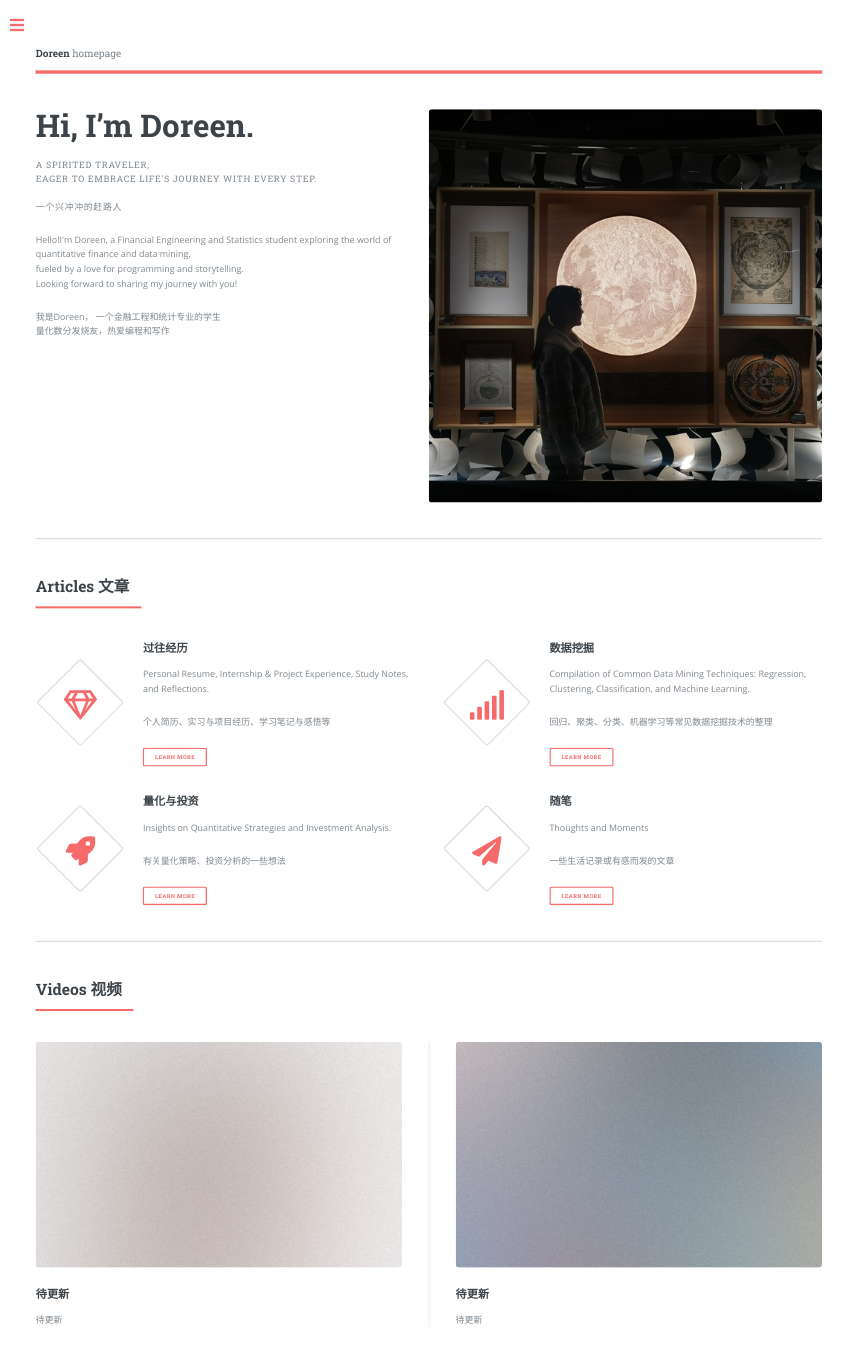
Repository: Hpz3859/Hpz3859.github.io
Page: index.html
These files come from the project's save history. The page is drawn as it stood at one moment and after the next save; the edit follows.
The browser window is 1280 px wide. The pictures show the whole page, at 67% of full size.

Above is the page before, as saved 2025-04-01 15:50:52.

### index.html
<!DOCTYPE HTML>
<!--
	Editorial by HTML5 UP
	html5up.net | @ajlkn
	Free for personal and commercial use under the CCA 3.0 license (html5up.net/license)
-->
<html>
	<head>
		<title>Doreen</title>
		<meta charset="utf-8" />
		<meta name="viewport" content="width=device-width, initial-scale=1, user-scalable=no" />
		<link rel="stylesheet" href="./assets/css/main.css" />
	</head>
	<body class="is-preload">

		<!-- Wrapper -->
			<div id="wrapper">

				<!-- Main -->
					<div id="main">
						<div class="inner">

							<!-- Header -->
								<header id="header">
									<a href="./index.html" class="logo"><strong>Doreen  </strong>homepage</a>
									<!--
									<ul class="icons">
										<li><a href="#" class="icon brands fa-twitter"><span class="label">Twitter</span></a></li>
										<li><a href="#" class="icon brands fa-facebook-f"><span class="label">Facebook</span></a></li>
										<li><a href="#" class="icon brands fa-snapchat-ghost"><span class="label">Snapchat</span></a></li>
										<li><a href="#" class="icon brands fa-instagram"><span class="label">Instagram</span></a></li>
										<li><a href="#" class="icon brands fa-medium-m"><span class="label">Medium</span></a></li>
									</ul>
									-->
								</header>

							<!-- Banner -->
								<section id="banner">
									<div class="content">
										<header>
											<h1>Hi, I’m Doreen.</h1>
											<p>A spirited traveler, <br>
												eager to embrace life's journey with every step.</p>
											<p> 一个兴冲冲的赶路人</p>
										</header>
										<p>Hello!I'm Doreen, a Financial Engineering and Statistics student exploring the world of quantitative finance and data mining,
											<br>
											fueled by a love for programming and storytelling.
											<br>
											Looking forward to sharing my journey with you!</p>
										<p> 我是Doreen， 一个金融工程和统计专业的学生
											<br>
											量化数分发烧友，热爱编程和写作</p>
										<!--
										<ul class="actions">
											<li><a href="#" class="button big">Learn More</a></li>
										</ul>
										-->
									</div>
									<span class="image object">
										<img src="./images/git_main_1.png" alt="" />
									</span>
								</section>

							<!-- Section -->
								<section>
									<header class="major">
										<h2>Articles 文章</h2>
									</header>
									<div class="features">
										<article>
											<span class="icon fa-gem"></span>
											<div class="content">
												<h3>过往经历</h3>
												<p>Personal Resume, Internship & Project Experience, Study Notes, and Reflections.</p>
												<p>个人简历、实习与项目经历、学习笔记与感悟等</p>
												<ul class="actions">
													<li><a href="experience.html" class="button small">Learn More</a></li>
												</ul>
											</div>
										</article>
										<article>
											<span class="icon solid fa-signal"></span>
											<div class="content">
												<h3>数据挖掘</h3>
												<p>Compilation of Common Data Mining Techniques: Regression, Clustering, Classification, and Machine Learning.</p>
												<p>回归、聚类、分类、机器学习等常见数据挖掘技术的整理</p>
												<ul class="actions">
													<li><a href="#" class="button small">Learn More</a></li>
												</ul>
											</div>
										</article>
										<article>
											<span class="icon solid fa-rocket"></span>
											<div class="content">
												<h3>量化与投资</h3>
												<p>Insights on Quantitative Strategies and Investment Analysis.</p>
												<p>有关量化策略、投资分析的一些想法</p>
												<ul class="actions">
													<li><a href="#" class="button small">Learn More</a></li>
												</ul>
											</div>
										</article>
										<article>
											<span class="icon solid fa-paper-plane"></span>
											<div class="content">
												<h3>随笔</h3>
												<p>Thoughts and Moments</p>
												<p>一些生活记录或有感而发的文章</p>
												<ul class="actions">
													<li><a href="moments.html" class="button small">Learn More</a></li>
												</ul>
											</div>
										</article>

									</div>
								</section>

							<!-- Section -->
								<section>
									<header class="major">
										<h2>Videos 视频</h2>
									</header>
									<div class="posts">
										<article>
											<a href="#" class="image"><img src="./images/pic01.jpg" alt="" /></a>
											<h3><a href="#" class="">待更新</a></h3>
											<p>待更新</p>
										</article>
										<article>
											<a href="#" class="image"><img src="./images/pic02.jpg" alt="" /></a>
											<h3><a href="#" class="">待更新</a></h3>
											<p>待更新</p>
										</article>
									</div>
								</section>

						</div>
					</div>

				<!-- Sidebar -->
					<div id="sidebar">
						<div class="inner">

							<!-- Search -->
								<section id="search" class="alt">
									<form method="post" action="#">
										<input type="text" name="query" id="query" placeholder="Search" />
									</form>
								</section>

							<!-- Menu -->
								<nav id="menu">
									<header class="major">
										<h2>目录</h2>
									</header>
									<ul>
										<li><a href="./index.html">主页</a></li>
										<li>
											<span class="opener">文章</span>
											<ul>
												<li><a href="experience.html">过往经历</a></li>
												<li><a href="#">数据挖掘</a></li>
												<li><a href="#">量化与投资</a></li>
												<li><a href="moments.html">随笔</a></li>
											</ul>
										</li>
										<li>
											<span class="opener">视频</span>
											<ul>
												<li><a href="#">待更新</a></li>
												<li><a href="#">待更新</a></li>
											</ul>
										</li>

									</ul>
								</nav>

							<!-- Section -->
							<!--
								<section>
									<header class="major">
										<h2>Ante interdum</h2>
									</header>
									<div class="mini-posts">
										<article>
											<a href="#" class="image"><img src="images/pic07.jpg" alt="" /></a>
											<p>Aenean ornare velit lacus, ac varius enim lorem ullamcorper dolore aliquam.</p>
										</article>
										<article>
											<a href="#" class="image"><img src="images/pic08.jpg" alt="" /></a>
											<p>Aenean ornare velit lacus, ac varius enim lorem ullamcorper dolore aliquam.</p>
										</article>
										<article>
											<a href="#" class="image"><img src="images/pic09.jpg" alt="" /></a>
											<p>Aenean ornare velit lacus, ac varius enim lorem ullamcorper dolore aliquam.</p>
										</article>
									</div>
									<ul class="actions">
										<li><a href="#" class="button">More</a></li>
									</ul>
								</section>
							-->

							<!-- Section -->
								<section>
									<header class="major">
										<h2>联系我</h2>
									</header>
									<p> </p>
									<ul class="contact">
										<li class="icon solid fa-envelope"><a href="#">1752013991@qq.com</a></li>

								</section>

							<!-- Footer -->
							<!--
								<footer id="footer">
									<p class="copyright">&copy; Untitled. All rights reserved. Demo Images: <a href="https://unsplash.com">Unsplash</a>. Design: <a href="https://html5up.net">HTML5 UP</a>.</p>
								</footer>
							-->

						</div>
					</div>

			</div>

		<!-- Scripts -->
			<script src="assets/js/jquery.min.js"></script>
			<script src="assets/js/browser.min.js"></script>
			<script src="assets/js/breakpoints.min.js"></script>
			<script src="assets/js/util.js"></script>
			<script src="assets/js/main.js"></script>

	</body>
</html>

Loaded but not shown: assets/css/fontawesome-all.min.css (library); assets/js/jquery.min.js (library); assets/js/browser.min.js (common file); assets/js/breakpoints.min.js (common file); assets/js/util.js (587 lines, source omitted); assets/js/main.js (262 lines, source omitted); assets/css/main.css (2283 lines, source omitted)

After the next save:
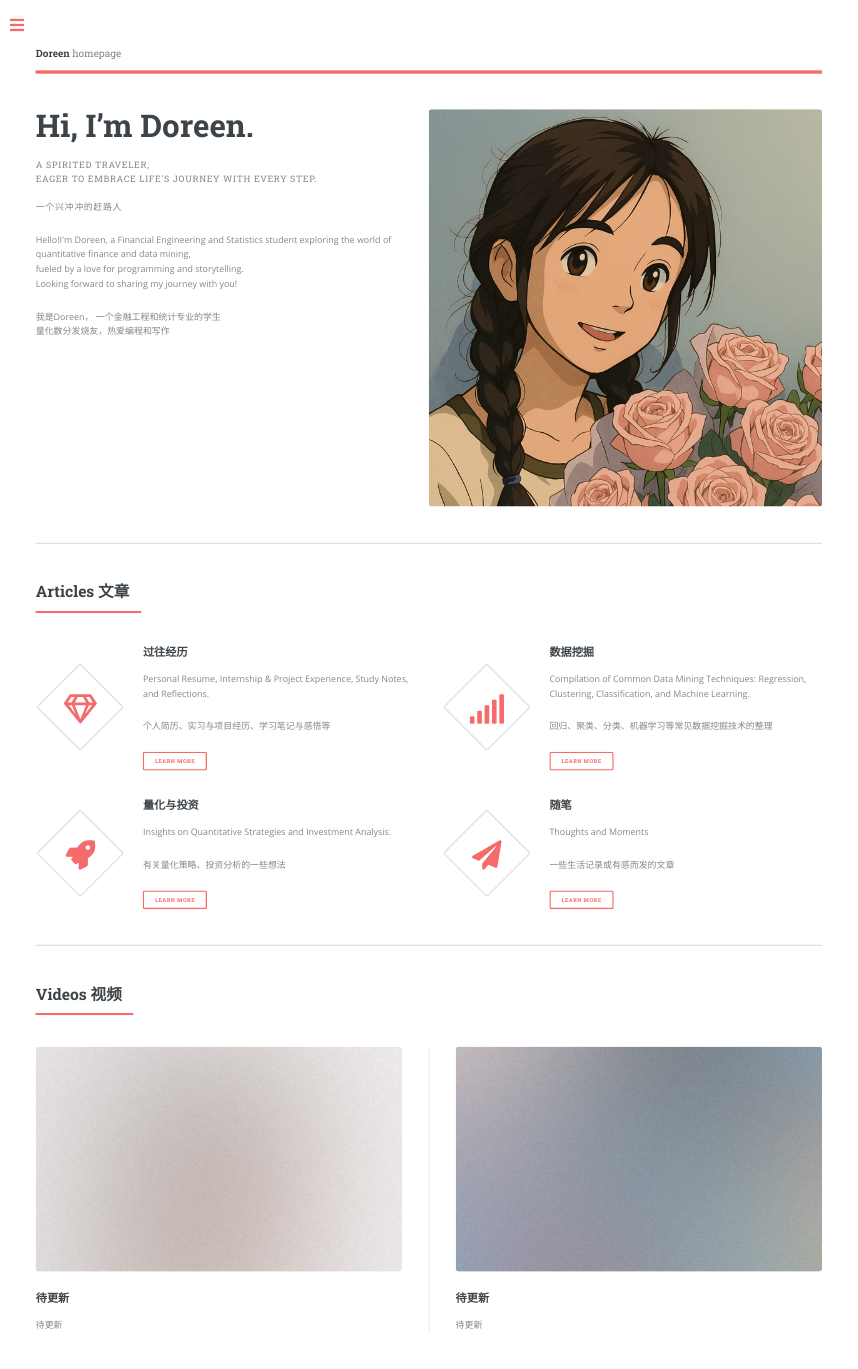
Saved 40 min 39 s later.
--- a/index.html
+++ b/index.html
@@ -58,7 +58,7 @@
 										-->
 									</div>
 									<span class="image object">
-										<img src="./images/git_main_1.png" alt="" />
+										<img src="./images/git_main_2.png" alt="" />
 									</span>
 								</section>
 
